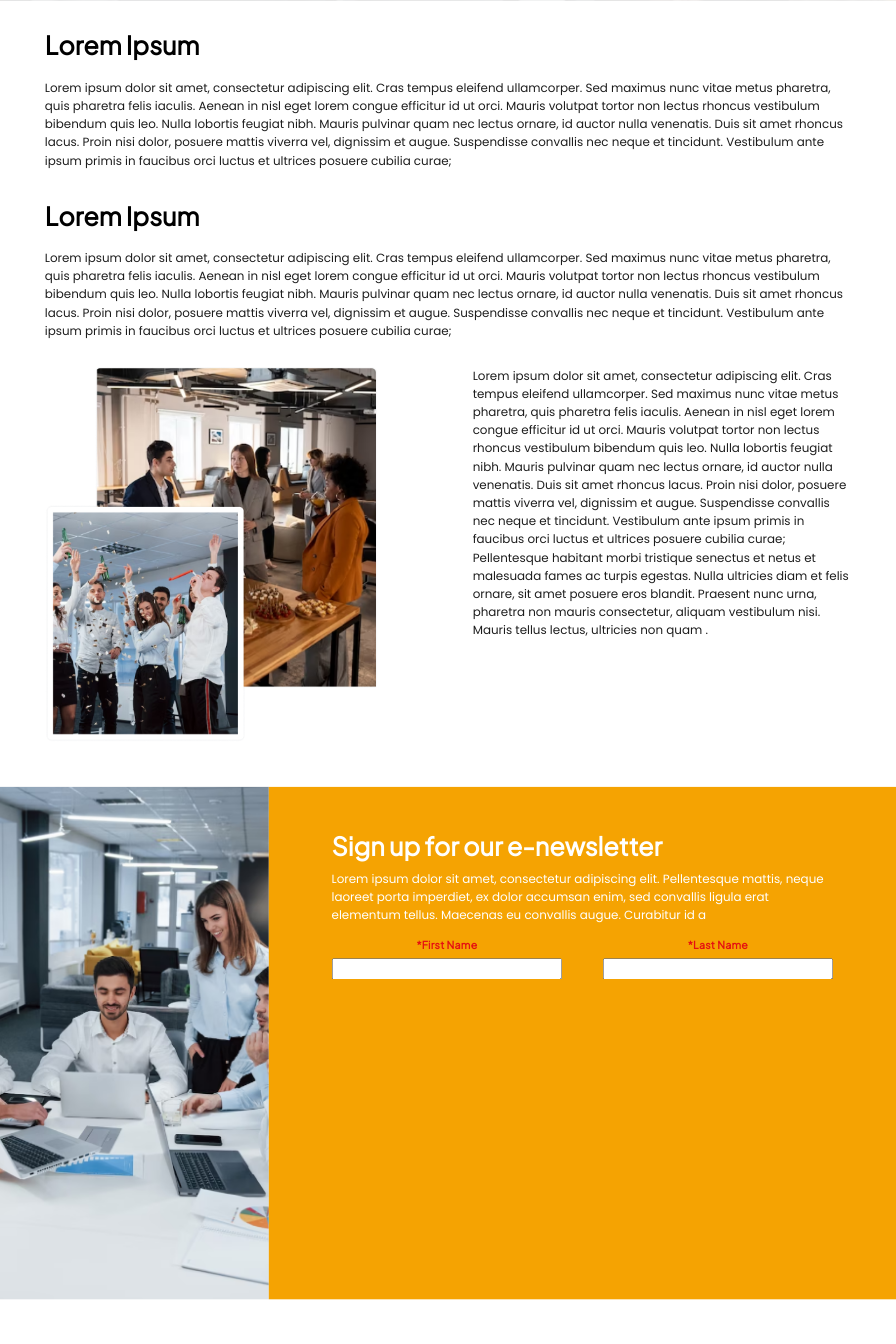
Repository: Akash8377/Hospitality-website
Page: /about-us
An editor plug-in stored every save of this project. The page is shown before and after the next save, followed by the edit.
The browser window is 1280 px wide. The pictures show the part of the page from y = 683 to 2603 px (the page is 2603 px tall), at 70% of full size.
Some web libraries are served in a nearby version. The project was rebuilt for these pictures with package versions that can differ from the ones it lists, and the page was loaded fresh each time. Also part of the build but not shown: src/Component/Partial/heading-cont.js, src/Component/Shared/about-us.js, src/Component/Shared/Banner.js, src/Component/Shared/popular-jobs.js, src/Component/Sliders/ServiceSlider.js, src/Component/Sliders/ReviewSlider.js, src/Component/Partial/index-banner.js, src/Component/Partial/index-buisness-banner.js and 2 more.

Above is the page before, as saved 2023-07-07 12:09:55.

After the next save:
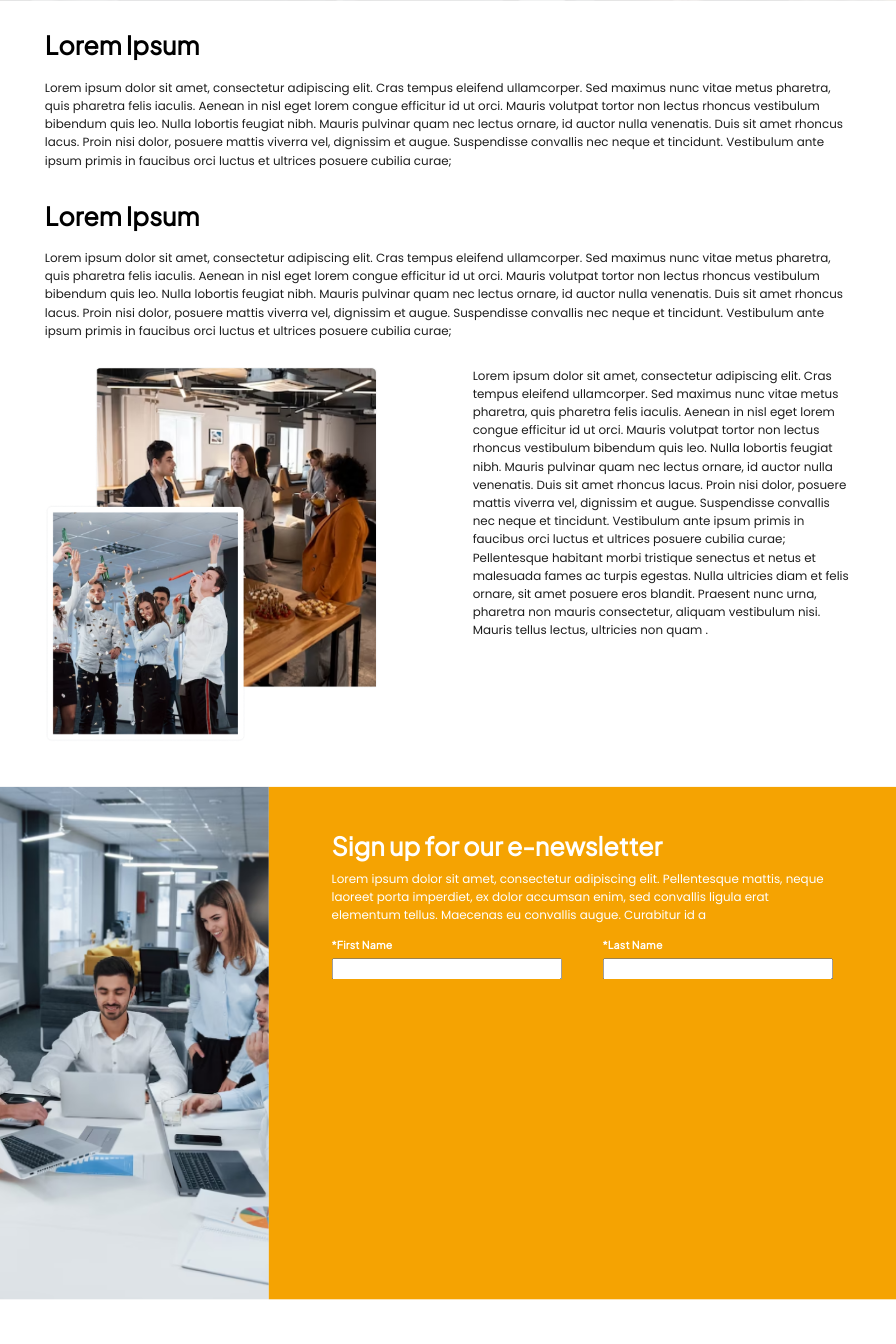
Saved 10 s later.
--- a/src/Css/Lap.css
+++ b/src/Css/Lap.css
@@ -800,7 +800,7 @@
   line-height: normal;
   margin-top: 2%;
 }
-.About-Us_Newsletter .right .content form{
+.About-Us_Newsletter .right .content form {
   margin-top: 2%;
 }
 .About-Us_Newsletter .right .content form .Two_Inputs {
@@ -809,19 +809,18 @@
   justify-content: space-between;
   align-items: center;
 }
-.About-Us_Newsletter .right .content form .Two_Inputs div{
+.About-Us_Newsletter .right .content form .Two_Inputs div {
   width: 46%;
   display: flex;
   flex-direction: column;
   gap: 5px;
 }
-.About-Us_Newsletter .right .content form .Two_Inputs div label{
-  color: #E51111;
-text-align: center;
-font-family: Plus Jakarta Sans;
-font-size: 15px;
-font-style: normal;
-font-weight: 700;
-line-height: 28px;
-letter-spacing: 0.375px;
-}
+.About-Us_Newsletter .right .content form .Two_Inputs div label {
+  color: #fff;
+  font-family: Plus Jakarta Sans;
+  font-size: 15px;
+  font-style: normal;
+  font-weight: 700;
+  line-height: 28px;
+  letter-spacing: 0.375px;
+}
